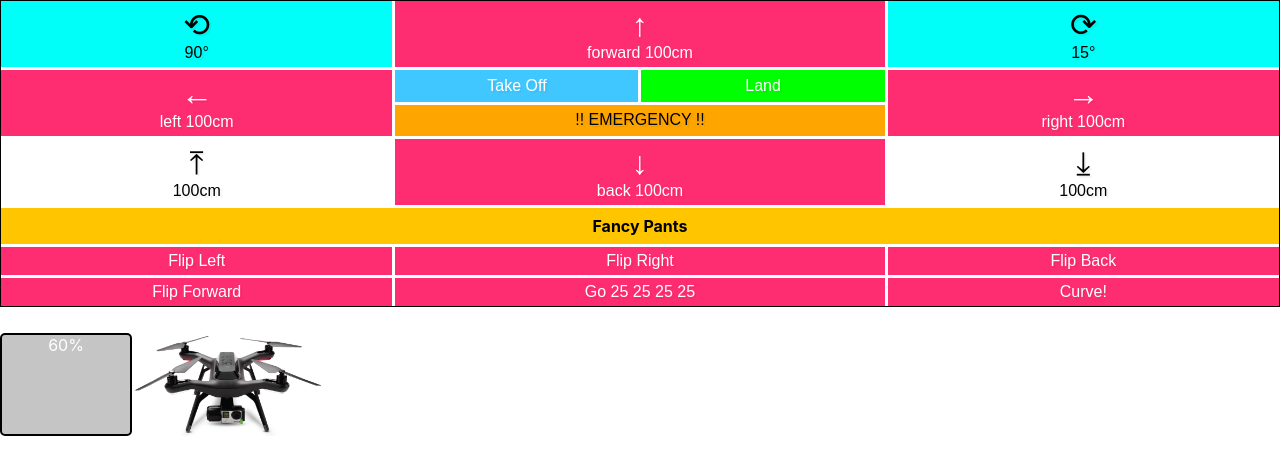
Repository: JivkoJelev91/Drone-Simulator
Page: /
An editor plug-in stored every save of this project. The page is shown before and after the next save, followed by the edit.
The browser window is 1280 px wide. The pictures show the whole page.
The project was rebuilt for these pictures with package versions that can differ from the ones it lists, and the page was loaded fresh each time. Also part of the build but not shown: src/App.css.

Above is the page before, as saved 2018-12-18 10:17:13.

After the next save:
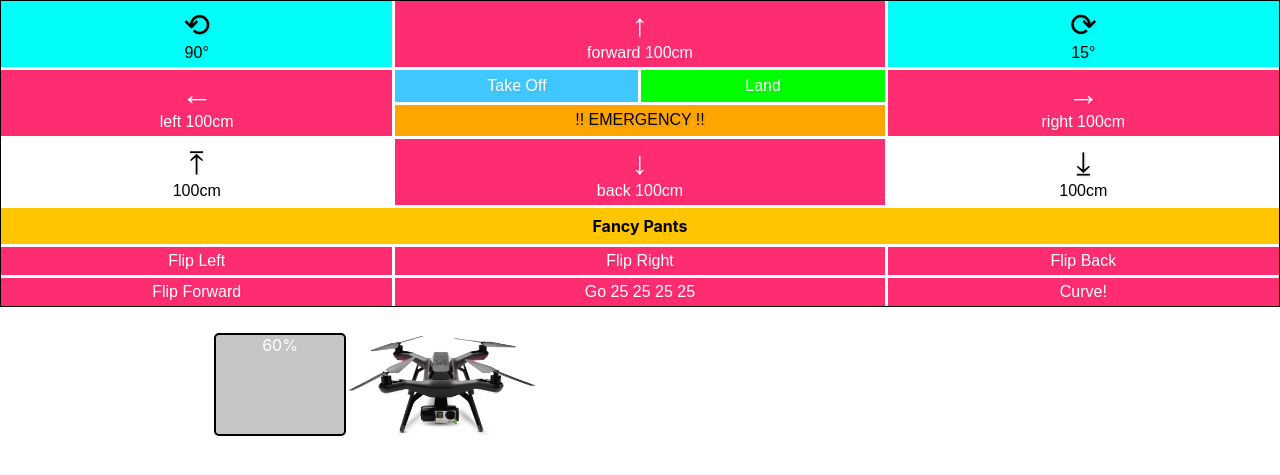
Saved 19 s later.
--- a/src/index.css
+++ b/src/index.css
@@ -15,7 +15,8 @@
 
 .view{
   display:flex;
-  padding-top:2%
+  padding-top:2%;
+  justify-content:center;
 }
 
 .drone img {
